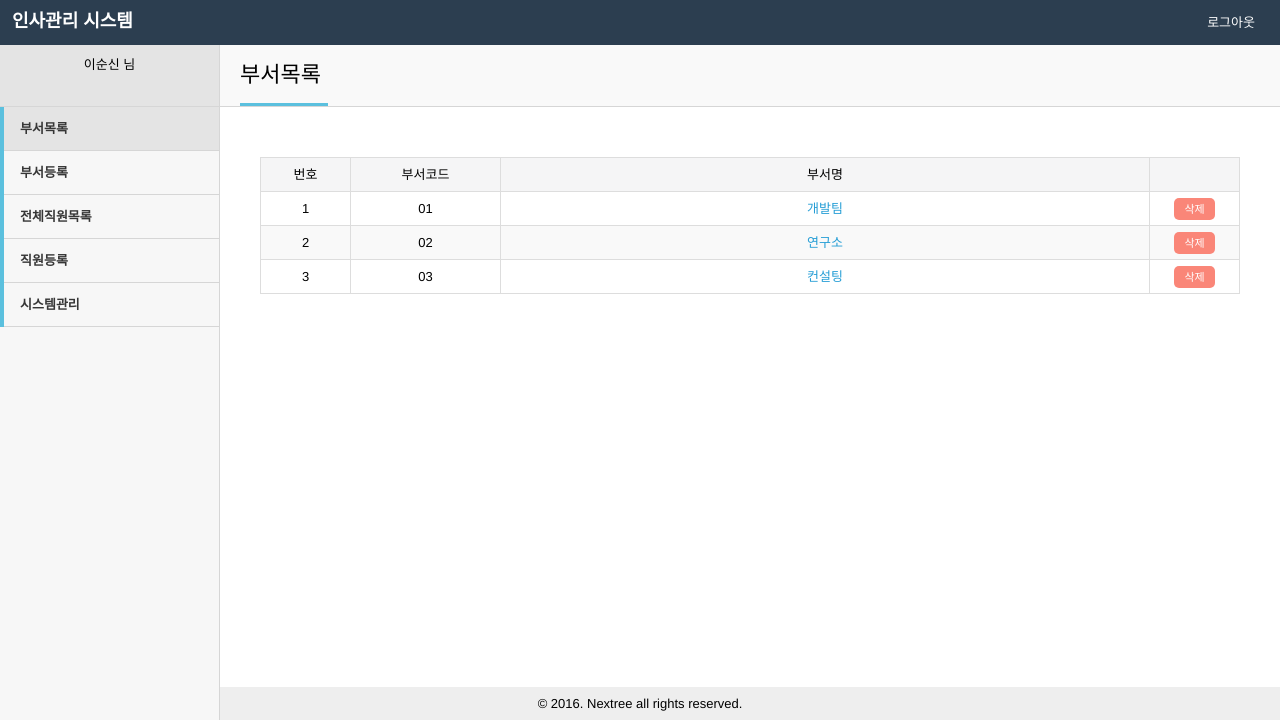
Repository: brotherdoor/shiba
Page: http://localhost/HumanResource_templete2/views/deptList.jsp
The author's editor kept a copy of each file at every save. The page is drawn from the files as they stood at one save, then again after the next save.
The browser window is 1280 px wide. The pictures show the whole page.
The page is served by Tomcat 9. Other server files are loaded and not shown.

Above is the page before, as saved 2017-02-27 02:38:40.

### jsp/HumanResource_templete2/WebContent/views/deptList.jsp
<%@ page language="java" contentType="text/html; charset=UTF-8"
    pageEncoding="UTF-8"%>
<%@ taglib prefix="c" uri="http://java.sun.com/jsp/jstl/core" %>
<!DOCTYPE html>
<c:set var="ctx">${pageContext.request.contextPath }</c:set>
<html>
<head>
    <meta charset="UTF-8">
    <title>부서목록</title>
    <link rel="stylesheet" href="style/css/reset.css">
    <link rel="stylesheet" href="style/css/style.css">
</head>
<body>
<header>
    <h1>
        <a href="deptList.html">인사관리 시스템</a>
    </h1>
    <ul class="login-info">
        <li class="logout-btn"><a href="#">로그아웃</a></li>
    </ul>
</header>
<nav>
    <ul>
        <li class="user-info">
            이순신 님
        </li>
        <li class="on">
            <a href="deptList.html">부서목록</a>
        </li>
        <li>
            <a href="deptCreate.html">부서등록</a>
        </li>
        <li>
            <a href="employeeList.html">전체직원목록</a>
        </li>
        <li>
            <a href="employeeCreate.html">직원등록</a>
        </li>
        <li>
            <a href="#">시스템관리</a>
        </li>
    </ul>
</nav>
<div class="contents-wrap">
    <h2 class="page-title">부서목록</h2>
    <div class="contents">
        <table border="1">
            <colgroup>
                <col width="90">
                <col width="150">
                <col width="*">
                <col width="90">
            </colgroup>
            <thead>
            <tr>
                <th>번호</th>
                <th>부서코드</th>
                <th>부서명</th>
                <th></th>
            </tr>
            </thead>
            <tbody>
            <tr>
                <td>1</td>
                <td>01</td>
                <td><a href="#">개발팀</a></td>
                <td class="delete"><a href="#">삭제</a></td>
            </tr>
            <tr>
                <td>2</td>
                <td>02</td>
                <td><a href="#">연구소</a></td>
                <td class="delete"><a href="#">삭제</a></td>
            </tr>
            <tr>
                <td>3</td>
                <td>03</td>
                <td><a href="#">컨설팅</a></td>
                <td class="delete"><a href="#">삭제</a></td>
            </tr>
            </tbody>
        </table>
    </div>
</div>
<footer>
    <p>    &#169; 2016. Nextree all rights reserved.</p>
</footer>
</body>
</html>

### jsp/HumanResource_templete2/WebContent/style/css/reset.css
/* public reset */

html,
body,
div,
span,
applet,
object,
iframe,
h1,
h2,
h3,
h4,
h5,
h6,
p,
blockquote,
pre,
a,
abbr,
acronym,
address,
big,
cite,
code,
del,
dfn,
em,
img,
ins,
kbd,
q,
s,
samp,
small,
strike,
strong,
sub,
sup,
tt,
var,
b,
u,
i,
center,
dl,
dt,
dd,
ol,
ul,
li,
fieldset,
form,
label,
legend,
table,
caption,
tbody,
tfoot,
thead,
tr,
th,
td,
article,
aside,
canvas,
details,
embed,
figure,
figcaption,
footer,
header,
menu,
nav,
output,
ruby,
section,
summary,
time,
mark,
audio,
video {
    margin: 0;
    padding: 0;
    border: 0;
    font-size: 100%;
    font: inherit;
    vertical-align: baseline;
}

/* HTML5 display-role reset for older browsers */
article,
aside,
details,
figcaption,
figure,
footer,
header,
menu,
nav,
section {
    display: block;
}

body {
    font-family: "Malgun gothic",dotum,"Helvetica Neue",Helvetica,sans-serif,arial;
    line-height: 1;
    font-size:13px;
}

ol,
ul {
    list-style: none;
}

blockquote,
q {
    quotes: none;
}

blockquote:before,
blockquote:after,
q:before,
q:after {
    content: '';
    content: none;
}

table {
    border-collapse: collapse;
    border-spacing: 0;
}

.clearFix:after {
    content: "";
    display: block;
    width: 0;
    height: 0;
    clear: both;
}

.hidden {
    width: 0;
    height: 0;
    overflow: hidden;
    font-size: 0;
}

.blind {
    display: none !important;
}

.inline {
    display: inline !important;
}

.block {
    display: block !important;
}

.left {
    text-align: left;
}

.right {
    text-align: right;
}

.center {
    text-align: center;
}


ins {
    text-decoration: none;
}

del {
    text-decoration: line-through;
}

.blind,
table caption,
legend {
    width: 1px;
    height: 1px;
    overflow: hidden;
    position: absolute;
    top: 0;
    font-size: 0;
    line-height: 0;
}

.left,
.l {
    text-align: left !important;;
}

.right,
.r {
    text-align: right !important;;
}

.center,
.c {
    text-align: center !important;
}

*,
*:after,
*:before {
    -webkit-box-sizing: border-box;
    -moz-box-sizing: border-box;
    box-sizing: border-box;
}
a {
    color: #249dd5;
    text-decoration: none;
}

a:hover {
    color: #000;
}

### jsp/HumanResource_templete2/WebContent/style/css/style.css
body {
    font-family: "Malgun gothic", dotum, "Helvetica Neue", Helvetica, sans-serif, arial;
}

header {
    width: 100%;
    height: 45px;
    background: #2c3e50;
    position: fixed;
    top: 0;
    left: 0;
    z-index: 999;
    /*overflow: hidden;*/
}

header h1 a {
    font-size: 18px;
    font-weight: bold;
    color: #fff;
    padding: 12px;
    float: left;
}

header h1 a:hover {
    color: #fff;
}

.login-info {
    float: right;
    line-height: 45px;
    padding: 0 10px;
}

.logout-btn {
    font-size: 13px;
}

.logout-btn:hover {
    color: #fff;
    font-weight: bold;
    background: #232c37;
}

.logout-btn a:hover {
    color: #fff;
    text-decoration: underline;
}

.logout-btn a {
    color: #fff;
    display: block;
    padding: 0 15px;
}

nav {
    width: 220px;
    height: 100%;
    position: fixed;
    background: #f7f7f7;
    border-right: 1px solid #d6d6d6;
    padding: 0;
    z-index: 99;
}

nav li {
    position: relative;
    border-bottom: 1px solid #d6d6d6;
}

nav li a {
    display: block;
    padding: 15px 20px;
    font-size: 13px;
    font-weight: bold;
    color: #363636;
}

nav li a:hover {
    background: #f0f0f0;
}

nav li a:before {
    content: '';
    display: block;
    width: 4px;
    height: 44px;
    position: absolute;
    left: 0;
    top: 0;
    background: #5bc0de;
}

.on {
    background: #e4e4e4;
}

.user-info {
    padding: 14px;
    text-align: center;
    vertical-align: middle;
    display: block;
    background: #e4e4e4;
    height: 63px;
    overflow: hidden;
}

.user-info:before {
    display: inline-block;
    vertical-align: middle;
    text-align: center;
    width: 38px;
    height: 38px;
    padding: 11px 10px 10px 10px;
    color: #fff;
    border-radius: 20px;
    border: 1px solid #ddd;
    background: #2c244f; /* Old browsers */
    background: -moz-linear-gradient(top, #2c244f 0%, #77034f 100%); /* FF3.6-15 */
    background: -webkit-linear-gradient(top, #2c244f 0%, #77034f 100%); /* Chrome10-25,Safari5.1-6 */
    background: linear-gradient(to bottom, #2c244f 0%, #77034f 100%); /* W3C, IE10+, FF16+, Chrome26+, Opera12+, Safari7+ */
    filter: progid:DXImageTransform.Microsoft.gradient(startColorstr='#2c244f', endColorstr='#77034f', GradientType=0); /* IE6-9 */

}

.contents-wrap {
    position: relative;
    margin: 44px 0 0 220px;
    min-width: 1040px;
}

h2.page-title {
    font-size: 22px;
    padding: 20px;
    position: relative;
    background: #f9f9f9;
    border-bottom: 1px solid #d6d6d6;
}

h2.page-title:after {
    content: "";
    width: 88px;
    height: 3px;
    background: #5bc0de;
    display: block;
    position: absolute;
    bottom: 0;
}

.contents {
    padding: 30px 40px;
}

table {
    width: 100%;
    border: 1px solid #dddddd;
    margin-bottom: 15px;
}

table tr th {
    background: #f5f5f6;
    padding: 10px 20px;
    text-align: center;
    border-right: 1px solid #ddd;
    border-bottom: 1px solid #ddd;
}

table tr td {
    padding: 10px;
    border-right: 1px solid #ddd;
    border-bottom: 1px solid #ddd;
    text-align: center;
}

table tr:nth-child(odd) {
    background: #fff;
}

table tr:nth-child(even) {
    background: #f9f9f9;
}

.delete a {
    padding: 5px 10px;
    border-radius: 5px;
    background: #fa8678;
    color: #fff;
    font-size: 11px;
}

.delete a:hover {
    background: #d9534f;
}

select {
    height: 25px;
}

form {
    width: 100%;
    border: 1px solid #dddddd;
    padding: 20px 25px;
}

.contents-wrap form {
    border-radius: 5px;
    background: #f8f8f8;
}

.alignRight {
    text-align: right;
}

input:focus {
    background: #FFDFB0;
}

input[type="text"], input[type="password"] {
    width: 400px;
    border: 1px solid #d1d1d1;
    border-radius: 3px;
    padding: 5px;
}

form div {
    margin-bottom: 10px;
    text-align: center;
}

input[type="reset"] {
    border-radius: 5px;
    background: #fff;
    border: 1px solid #cbcdcf;
    padding: 4px 15px 6px 15px;
    color: #333;
    cursor: pointer;
}

input[type="reset"]:hover {
    background: #f8f8f8;
}

input[type="submit"] {
    border-radius: 5px;
    background: #a6b4bb;
    border: none;
    padding: 4px 15px 6px 15px;
    color: #fff;
    cursor: pointer;
}

input[type="submit"]:hover {
    background: #99a6ad;
}

button {
    border-radius: 5px;
    background: #3498db;
    border: none;
    padding: 4px 15px 6px 15px;
    color: #fff;
    cursor: pointer;
}

button:hover {
    background: #0f72b4;
}

.info-box {
    border: 1px solid #ddd;
    background: #ececec;
    padding: 15px 20px;
    text-align: center;
    margin-bottom: 20px;
    border-radius: 5px;
    font-size: 16px;
    line-height: 1.3em;
}

footer {
    width: 100%;
    position: absolute;
    bottom: 0;
    left: 0;
    background: #eeeeee;
    text-align: center;
    padding: 10px 0;
}

/*  login*/

.login-wrap {
    width: 400px;
    background: #f5f5f5;
    margin: 280px auto;
    border: 1px solid #ddd;
    border-radius: 5px;
    box-shadow: 0 0 5px #e8e8e8;

}

.login-wrap h3 {
    font-weight: bold;
    font-size: 18px;
    text-align: center;
    padding: 15px 0;
    background: #2c3e50;
    color: #fff;
    border-bottom: 2px solid #3498db;
    border-radius: 5px 5px 0 0;
}

.login-title {
    font-weight: bold;
    font-size: 18px;
    padding: 20px 0;
    background: #2b3643;
    color: #fff;
}

.login-wrap form {
    border: none;
}

.login-wrap label {
    width: 100%;
    display: inline-block;
    padding: 10px 0;
    font-weight: bold;

}

.login-wrap input[type="text"], .login-wrap input[type="password"] {
    display: block;
    width: 100%;
}

.login-wrap input[type="password"] {
    margin-bottom: 20px;
}

.login-btn {
    margin: 0 auto;
}

.login-wrap input[type="submit"] {
    padding: 8px 15px;
    background: #3498db;
    color: #fff;
}

.login-wrap input[type="reset"] {
    padding: 8px 15px;
}

.login-wrap input[type="submit"]:hover {
    background: #0f72b4;
    font-weight: bold;
}

/* error */

.error-wrap {
    width: 550px;
    margin: 120px auto;
    background: #fbfbfb;
    position: relative;
    box-shadow: 0px 0px 5px #e8e8e8;
    border: 1px solid #ddd;
    border-radius: 5px;
    overflow: hidden;
}

.error-wrap h2 {
    display: block;
    background: #fff;
}

.error-wrap h2:after {
    content: "";
    display: inline-block;
    width: 100%;
    height: 2px;
    background: #3498db;
}

.error-wrap h2 img {
    padding: 10px 0 0 10px;
}

.img_notice {
    display: block;
    overflow: hidden;
    background: url(http://icon.daumcdn.net/error/img_error.gif) no-repeat 0 -50px;
    font-size: 0;
    line-height: 0;
    vertical-align: top;
    width: 88px;
    height: 88px;
    margin: 30px auto;
}

.desc_error {
    text-align: left;
    width: 300px;
    margin: 15px auto;
    font-size: 13px;
    line-height: 1.3em;
    font-weight: normal;
}

.contents {
    padding-top: 50px;
    display: block;
}

.error-title {
    font-weight: normal;
    font-size: 18px;
    text-align: center;
    position: relative;
}

.notice_error {
    text-align: center;
    padding: 15px 0;
    font-size: 15px;
    font-weight: bold;
}

.screen_out {
    display: inline-block;
    padding: 8px 15px;
    background: #337ab7;
    border-radius: 5px;
    margin: 70px 0;
    font-weight: bold;
    cursor: pointer;
}

.screen_out:hover {
    background: #22537b;
}

.screen_out a {
    color: #fff;
}

### jsp/HumanResource_templete2/WebContent/views/header.jspf
<%@ page language="java" contentType="text/html; charset=UTF-8"
    pageEncoding="UTF-8"%>
<%@ taglib prefix="c" uri="http://java.sun.com/jsp/jstl/core" %>
<h1>
        <a href="deptList.html">인사관리 시스템</a>
    </h1>
    <ul class="login-info">
        <li class="logout-btn"><a href="${ctx }/logout.do">로그아웃</a></li>
    </ul>

After the next save:
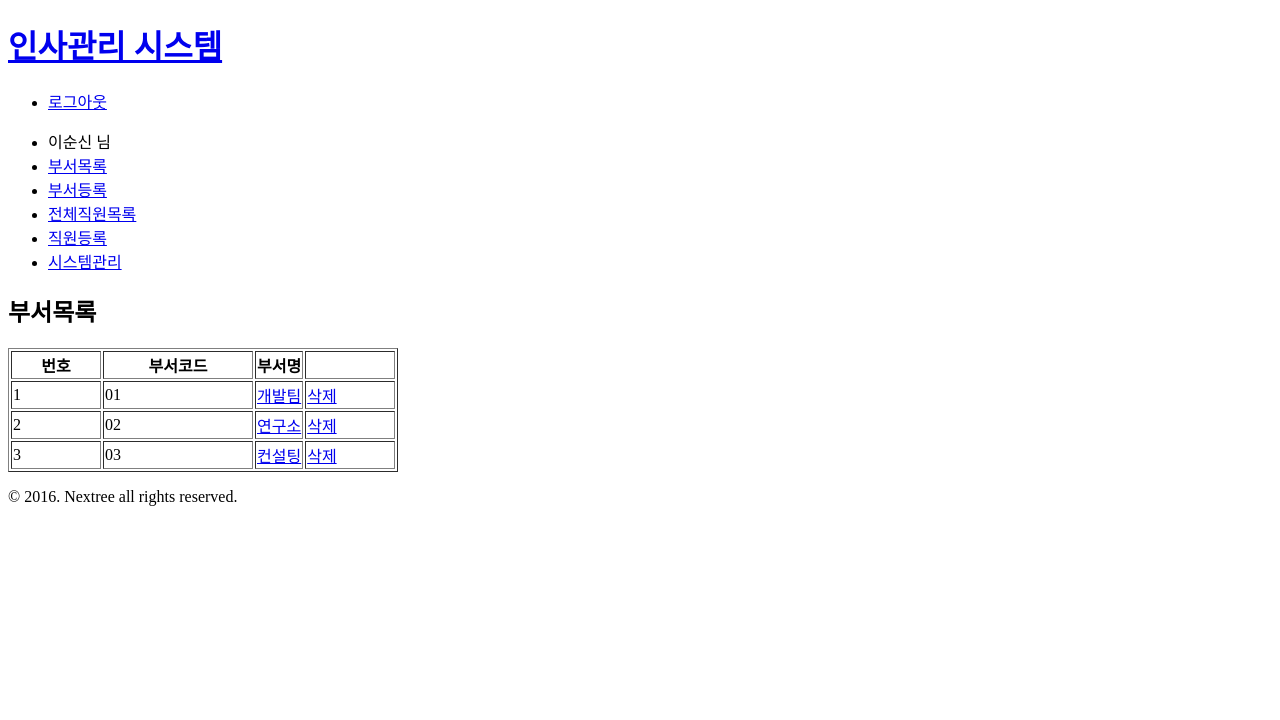
Saved 34 s later.
--- a/jsp/HumanResource_templete2/WebContent/views/deptList.jsp
+++ b/jsp/HumanResource_templete2/WebContent/views/deptList.jsp
@@ -7,17 +7,12 @@
 <head>
     <meta charset="UTF-8">
     <title>부서목록</title>
-    <link rel="stylesheet" href="style/css/reset.css">
-    <link rel="stylesheet" href="style/css/style.css">
+    <link rel="stylesheet" href="${ctx }/style/css/reset.css">
+    <link rel="stylesheet" href="${ctx }/style/css/style.css">
 </head>
 <body>
 <header>
-    <h1>
-        <a href="deptList.html">인사관리 시스템</a>
-    </h1>
-    <ul class="login-info">
-        <li class="logout-btn"><a href="#">로그아웃</a></li>
-    </ul>
+   <%@ include file="header.jspf" %>
 </header>
 <nav>
     <ul>
